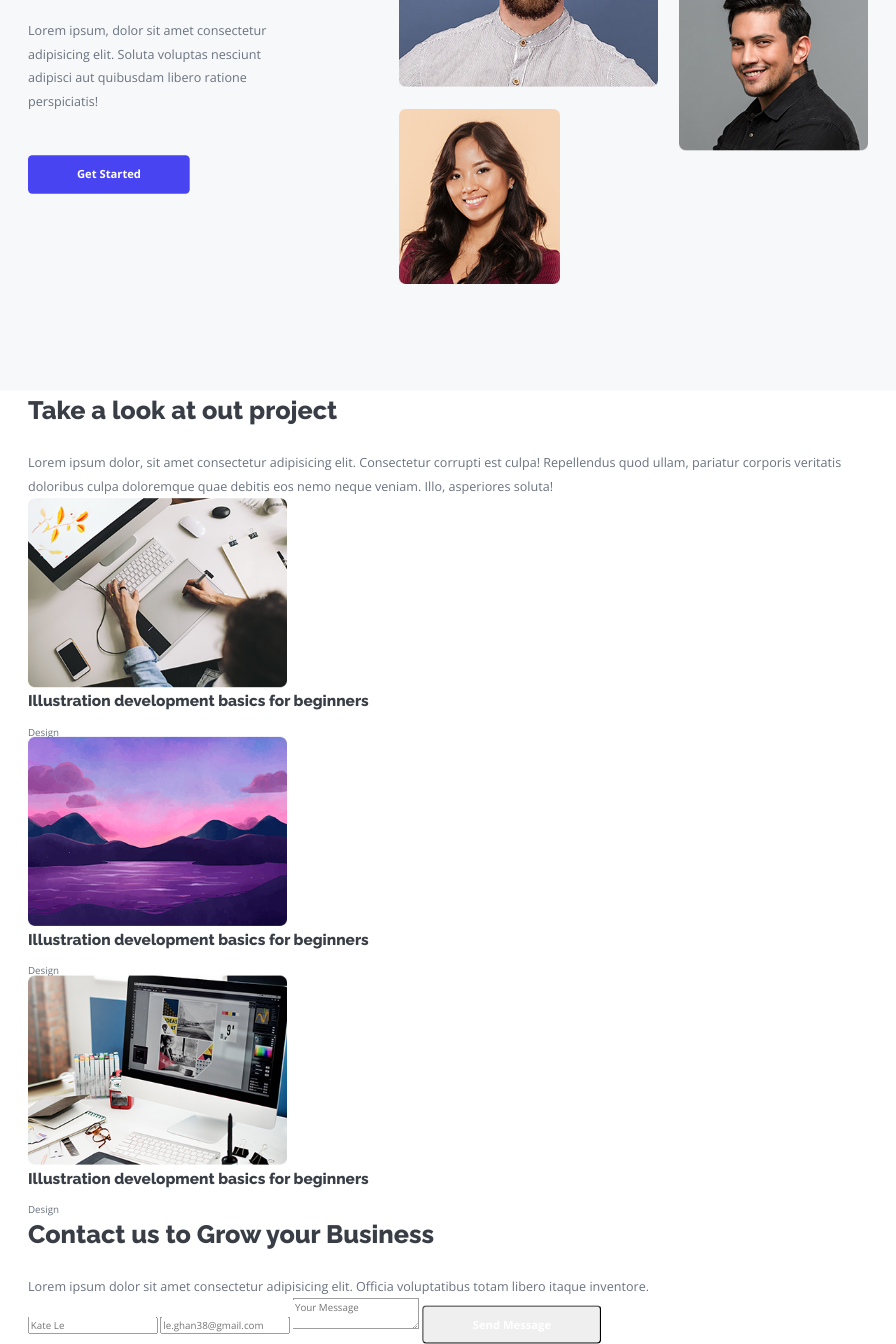
Repository: kate30980/LP-practiceoctavian
Page: index.html
An editor plug-in stored every save of this project. The page is shown before and after the next save, followed by the edit.
The browser window is 1280 px wide. The pictures show the part of the page from y = 4474 to 6394 px (the page is 6394 px tall before and 6392 px after), at 70% of full size.
The style sheet was rebuilt from its Sass, Less or Tailwind sources for each picture, by a compiler version that may differ from the author's.

Above is the page before, as saved 2021-08-25 17:18:19.

### index.html
<!DOCTYPE html>
<html lang="en">

<head>
    <meta charset="UTF-8">
    <meta http-equiv="X-UA-Compatible" content="IE=edge">
    <meta name="viewport" content="width=device-width, initial-scale=1.0">
    <title>Octavian LP</title>
    <script type="module" src="https://unpkg.com/ionicons@5.5.2/dist/ionicons/ionicons.esm.js"></script>
    <script nomodule src="https://unpkg.com/ionicons@5.5.2/dist/ionicons/ionicons.js"></script>
    <link rel="preconnect" href="https://fonts.googleapis.com">
    <link rel="preconnect" href="https://fonts.gstatic.com" crossorigin>
    <link
        href="https://fonts.googleapis.com/css2?family=Open+Sans:wght@300;400;600;700&family=Raleway:wght@300;600;700;800&display=swap"
        rel="stylesheet">
    <link rel="stylesheet" href="css/app.css">
</head>

<body>
    <header class="header">
        <div class="container">
            <div class="header-main">
                <img src="./images/logo.png" alt="logo-header" class="header-logo">
                <div class="navigation">
                    <p class="header-phone">Phone: <span>+055 - 951 237 851</span></p>
                    <img src="./images/icon-search.png" alt="" class="icon-search">
                    <img src="./images/icon-bars.png" alt="" class="icon-toggle">
                </div>
            </div>
        </div>
    </header>
    <main>
        <section class="hero">
            <img src="./images/img1.png" alt="img-header" class="hero-image">
            <div class="container">
                <div class="hero-content">
                    <h2 class="hero-caption second-font">creative & digital</h2>
                    <h1 class="hero-heading second-font">Agency</h1>
                    <a href="#" class="hero-link">Purchase Now</a>
                </div>
            </div>
        </section>
        <section class="portfolio">
            <div class="container">
                <div class="portfolio-list">
                    <div class="portfolio-column">
                        <div class="portfolio-item">
                            <div class="portfolio-image">
                                <img src="./images/img2.png" alt="img2">
                            </div>
                            <h3 class="portfolio-title second-font">Campaign of exhibition of architectural field</h3>
                            <div class="portfolio-category">Photography</div>
                        </div>
                        <div class="portfolio-item">
                            <div class="portfolio-image">
                                <img src="./images/img3.png" alt="img2">
                            </div>
                            <h3 class="portfolio-title second-font">Campaign of exhibition of architectural field</h3>
                            <div class="portfolio-category">Photography</div>
                        </div>
                        <div class="portfolio-item">
                            <div class="portfolio-image">
                                <img src="./images/img4.png" alt="img2">
                            </div>
                            <h3 class="portfolio-title second-font">Campaign of exhibition of architectural field</h3>
                            <div class="portfolio-category">Photography</div>
                        </div>
                    </div>
                    <div class="portfolio-column">
                        <div class="portfolio-item">
                            <div class="portfolio-image">
                                <img src="./images/img5.png" alt="img2">
                            </div>
                            <h3 class="portfolio-title second-font">Campaign of exhibition of architectural field</h3>
                            <div class="portfolio-category">Photography</div>
                        </div>
                        <div class="portfolio-item">
                            <div class="portfolio-image">
                                <img src="./images/img6.png" alt="img2">
                            </div>
                            <h3 class="portfolio-title second-font">Campaign of exhibition of architectural field</h3>
                            <div class="portfolio-category">Photography</div>
                        </div>
                        <div class="portfolio-item">
                            <div class="portfolio-image">
                                <img src="./images/img7.png" alt="img2">
                            </div>
                            <h3 class="portfolio-title second-font">Campaign of exhibition of architectural field</h3>
                            <div class="portfolio-category">Photography</div>
                        </div>
                        <div class="portfolio-item">
                            <div class="portfolio-image">
                                <img src="./images/img8.png" alt="img2">
                            </div>
                            <h3 class="portfolio-title second-font">Campaign of exhibition of architectural field</h3>
                            <div class="portfolio-category">Photography</div>
                        </div>
                    </div>
                    <div class="portfolio-column">
                        <div class="portfolio-item">
                            <div class="portfolio-image">
                                <img src="./images/img9.png" alt="img2">
                            </div>
                            <h3 class="portfolio-title second-font">Campaign of exhibition of architectural field</h3>
                            <div class="portfolio-category">Photography</div>
                        </div>
                        <div class="portfolio-item">
                            <div class="portfolio-image">
                                <img src="./images/img10.png" alt="img2">
                            </div>
                            <h3 class="portfolio-title second-font">Campaign of exhibition of architectural field</h3>
                            <div class="portfolio-category">Photography</div>
                        </div>
                        <div class="portfolio-item">
                            <div class="portfolio-image">
                                <img src="./images/img11.png" alt="img2">
                            </div>
                            <h3 class="portfolio-title second-font">Campaign of exhibition of architectural field</h3>
                            <div class="portfolio-category">Photography</div>
                        </div>
                    </div>
                </div>
                <a href="" class="btn btn--primary portfolio-link">
                    Get Started
                </a>
            </div>
        </section>
        <section class="partner">
            <div class="container">
                <div class="partner-main">
                    <div class="partner-item">
                        <img src="./images/logo1.png" alt="logo1">
                    </div>
                    <div class="partner-item">
                        <img src="./images/logo2.png" alt="logo1">
                    </div>
                    <div class="partner-item">
                        <img src="./images/logo3.png" alt="logo1">
                    </div>
                    <div class="partner-item">
                        <img src="./images/logo4.png" alt="logo1">
                    </div>
                    <div class="partner-item">
                        <img src="./images/logo5.png" alt="logo1">
                    </div>
                    <div class="partner-item">
                        <img src="./images/logo6.png" alt="logo1">
                    </div>
                    <div class="partner-item">
                        <img src="./images/logo7.png" alt="logo1">
                    </div>
                    <div class="partner-item">
                        <img src="./images/logo8.png" alt="logo1">
                    </div>
                </div>
            </div>
        </section>
        <section class="team">
            <div class="container">
                <div class="team-main">
                    <div class="team-content">
                        <h2 class="team-heading second-font">Our team will be Happy to help you</h2>
                        <p class="team-desc">Lorem ipsum, dolor sit amet consectetur adipisicing elit. Soluta voluptas
                            nesciunt adipisci aut quibusdam libero ratione perspiciatis!</p>
                        <a href="#" class="btn btn--primary">Get Started</a>
                    </div>
                    <div class="team-images">
                        <div class="team-column">
                            <div class="team-image">
                                <img src="./images/team1.png" alt="team">
                            </div>
                            <div class="team-image">
                                <img src="./images/team2.png" class="team-img2" alt="team">
                            </div>
                        </div>
                        <div class="team-column">
                            <div class="team-image">
                                <img src="./images/team3.png" alt="team">
                            </div>
                        </div>
                    </div>
                </div>
            </div>
        </section>
        <section class="blog">
            <div class="container">
                <div class="blog-header">
                    <h2 class="blog-heading heading">Take a look at out project</h2>
                    <p class="blog-desc text">Lorem ipsum dolor, sit amet consectetur adipisicing elit. Consectetur
                        corrupti est culpa! Repellendus quod ullam, pariatur corporis veritatis doloribus culpa
                        doloremque quae debitis eos nemo neque veniam. Illo, asperiores soluta!</p>
                </div>
                <div class="blog-list">
                    <div class="blog-item">
                        <div class="blog-image">
                            <img src="./images/blog1.png" alt="blog1">
                        </div>
                        <h2 class="blog-title title">Illustration development basics for beginners</h2>
                        <p class="blog-category text--small">Design</p>
                    </div>
                    <div class="blog-item">
                        <div class="blog-image">
                            <img src="./images/blog2.png" alt="blog1">
                        </div>
                        <h2 class="blog-title title">Illustration development basics for beginners</h2>
                        <p class="blog-category text--small">Design</p>
                    </div>
                    <div class="blog-item">
                        <div class="blog-image">
                            <img src="./images/blog3.png" alt="blog1">
                        </div>
                        <h2 class="blog-title title">Illustration development basics for beginners</h2>
                        <p class="blog-category text--small">Design</p>
                    </div>
                </div>
            </div>
        </section>
        <section class="contact">
            <div class="container contact-container">
                <div class="container-header">
                    <h2 class="contact-heading heading">Contact us to <strong>Grow your Business</strong></h2>
                    <p class="contact-desc text">Lorem ipsum dolor sit amet consectetur adipisicing elit. Officia
                        voluptatibus totam libero itaque inventore.</p>
                </div>
                <form action="javascript:void(0);" class="contact-form">
                    <input type="text" class="contact-input" placeholder="Kate Le">
                    <input type="email" class="contact-input" placeholder="le.ghan38@gmail.com">
                    <textarea class="contact-area" placeholder="Your Message"></textarea>
                    <button type="submit" class="btn btn--secondary">Send Message</button>
                </form>
            </div>
        </section>
    </main>
</body>

</html>

### sass/app.scss
@import "variables";
@import "function";
@import "reset";
@import "base";
@import "header";
@import "hero";
@import "portfolio";
@import "partner";
@import "team";

### sass/_variables.scss
$primary-font: "Open sans", sans-serif;
$secondary-font: "Raleway", sans-serif;
$gray: #393e46;
$gray-light: #6a727f;
$blue-color: #4944F2;
$gray-lighter: #f7f8f9;

### sass/_function.scss
@function lineH($s, $h){
    @return $s / $h;
}

### sass/_base.scss
body{
    font-family: $primary-font;
    font-size: 16px;
    line-height:1;
    color: $gray-light;
    max-width: 1920px;
    margin: 0 auto;
}
input, button, textarea, select{
    font-family: $primary-font;
    font-size: 14px;
}
input{
    line-height: normal;
}
.container{
    max-width: 1200px;
    margin: 0 auto;
    padding:0 15px;
}
.second-font{
    font-family: $secondary-font;
    color: $gray;
}

.btn{
    cursor: pointer;
    outline: none;
    display: inline-flex;
    justify-content: center;
    align-items: center;
    color: white;
    font-weight: bold;
    font-size: 16px;
    font-family: 'Open sans',sans-serif;
    height: 55px;
    padding: 0 70px;
    border-radius: 6px;
    &--primary{
        background-color: $blue-color;
        text-decoration: none;
    }
}
h2,h3,h4,h5{
    color: $gray;
}
.heading{
    font-size: 36px;
    line-height: lineH(56,36);
    font-weight: 800;
    font-family: $secondary-font;
    margin-bottom: 30px;
}
.title{
    font-size: 22px;
    font-weight: 800;
    font-family: $secondary-font;
    color: $gray;
    line-height: lineH(35, 22);
    margin-bottom: 20px;
}
.text{
    font-size: 18px;
    line-height: lineH(34, 18);
}
.text--small{
    font-size: 14px;
}

### sass/_header.scss
.header{
    &-main{
         display: flex;
         justify-content: space-between;
         align-items: center;
         padding: 40px 0;
    }
    &-phone{
        color: $gray;
        font-weight: 300;
        span{
            font-weight: 600;
            margin-left: 15px;
        }
    }
}
.navigation{
    display: flex;
    align-items: center;
    gap: 0 60px;
}

### sass/_hero.scss
.hero{
    position: relative;
    margin-bottom: 200px;
    &-image{
        margin-left: auto;
        display: block;
    }
    &-content{
        position: absolute;
        top: 50%;
        transform: translateY(-50%);
        z-index: 2;
    }
    &-caption{
        font-size: 72px;
        font-weight: 600;
        color: black;
    }
    &-heading{
        font-weight: 800;font-size: 150px;
        text-transform: uppercase;
        margin-bottom: 40px;
        color: black;
    }
    &-link{
        font-size: 18px;
        text-decoration: underline;
        color: $gray-light;
        display: inline-block;
        font-weight: 600;
    }
}

### sass/_portfolio.scss
.portfolio{
    margin-bottom: 200px;
    &-list{
        display: grid;
        grid-template-columns: repeat(3,1fr);
        grid-gap: 0 90px;
        margin-bottom: 95px;
    }
    &-image{
        margin-bottom: 40px;
    }
    &-title{
        color: #393e46;
        font-size: 22px;
        line-height: 1.56;
        margin-bottom: 20px;
    }
    &-category{
        font-size: 14px;
    }
    &-column{
        display: flex;
        flex-direction: column;
        gap: 85px 0;
    }
    &-link{
        position: relative;
        left: 50%;
        transform: translateX(-50%);
        // ceterin, đưa phần tử ra giữa khung
    }
}

### sass/_partner.scss
.partner{
    margin-bottom: 150px;
    &-main{
        display: grid;
        grid-template-columns: repeat(4,1fr);
        grid-gap: 90px 0;
    }
    &-item{
        padding: 0 50px;
        display: flex;
        justify-content: center;
        align-items: center;
        transition: opacity 0.2 linear;
        cursor: pointer;
        &:hover{
            opacity: 0.1;
        }
    }
}

### sass/_team.scss
.team{
    padding: 150px 0;
    background-color: $gray-lighter;
    &-main{
        display: flex;
        align-items: center;
        // facenter
        justify-content: space-between;
    }
    &-content{
        max-width: 370px;
        flex-shrink: 0;
        width: 100%;
    }
    &-images{
        display: flex;
        align-items: center;
        gap: 0 30px;
    }
    &-img2{
        margin-top: 30px;
        margin-left: auto;
    }
    &-heading{
        font-size: 36px;
        font-weight: 800;
        line-height: 1.55;
        margin-bottom: 30px;
    }
    &-desc{
        font-size: 18px;
        line-height: lineH(34,18);
        margin-bottom: 60px;
    }

}

Loaded but not shown: sass/_reset.scss (common file)

After the next save:
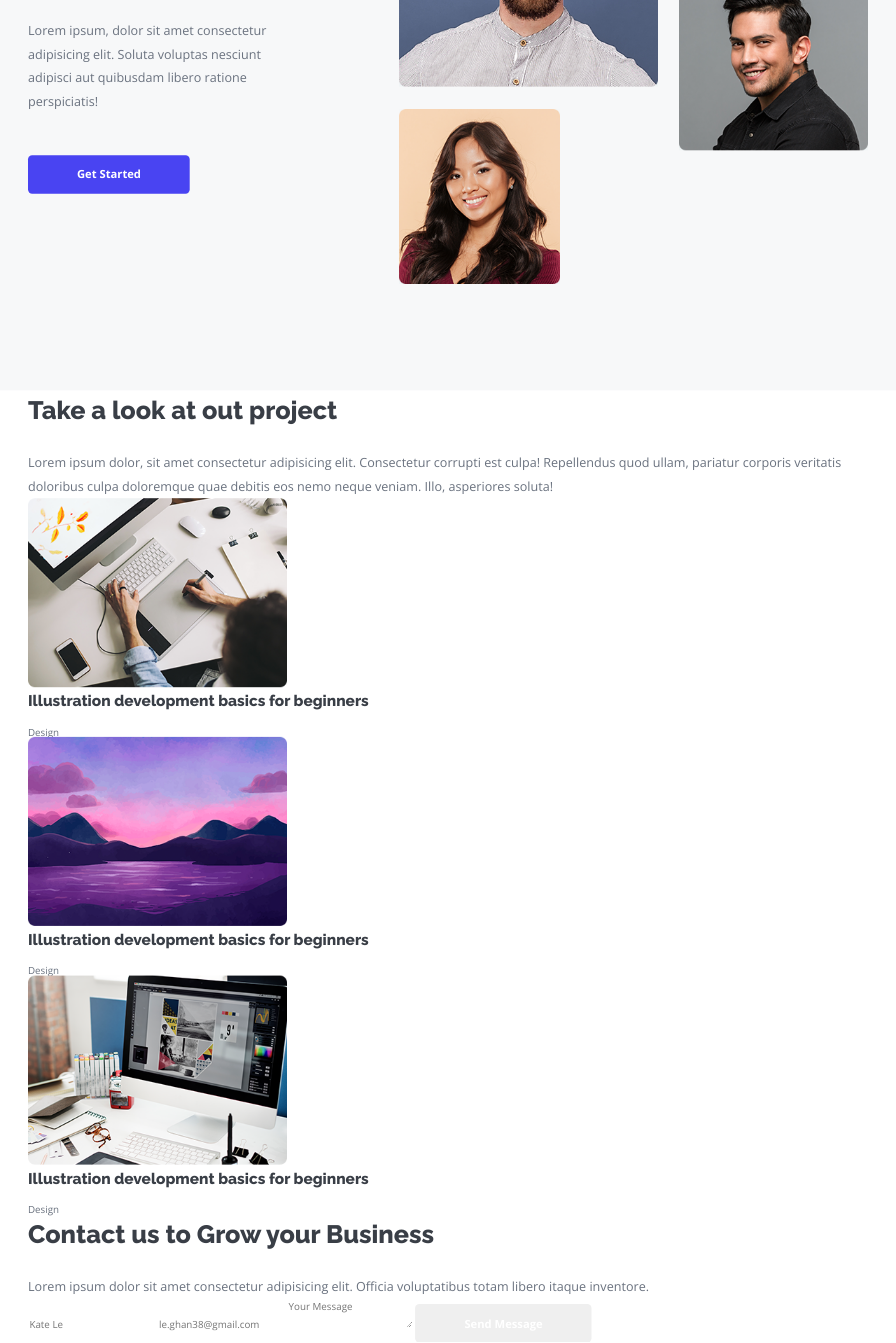
Saved 43 s later.
--- a/sass/_base.scss
+++ b/sass/_base.scss
@@ -9,6 +9,8 @@ body{
 input, button, textarea, select{
     font-family: $primary-font;
     font-size: 14px;
+    outline: none;
+    border: 0;
 }
 input{
     line-height: normal;
